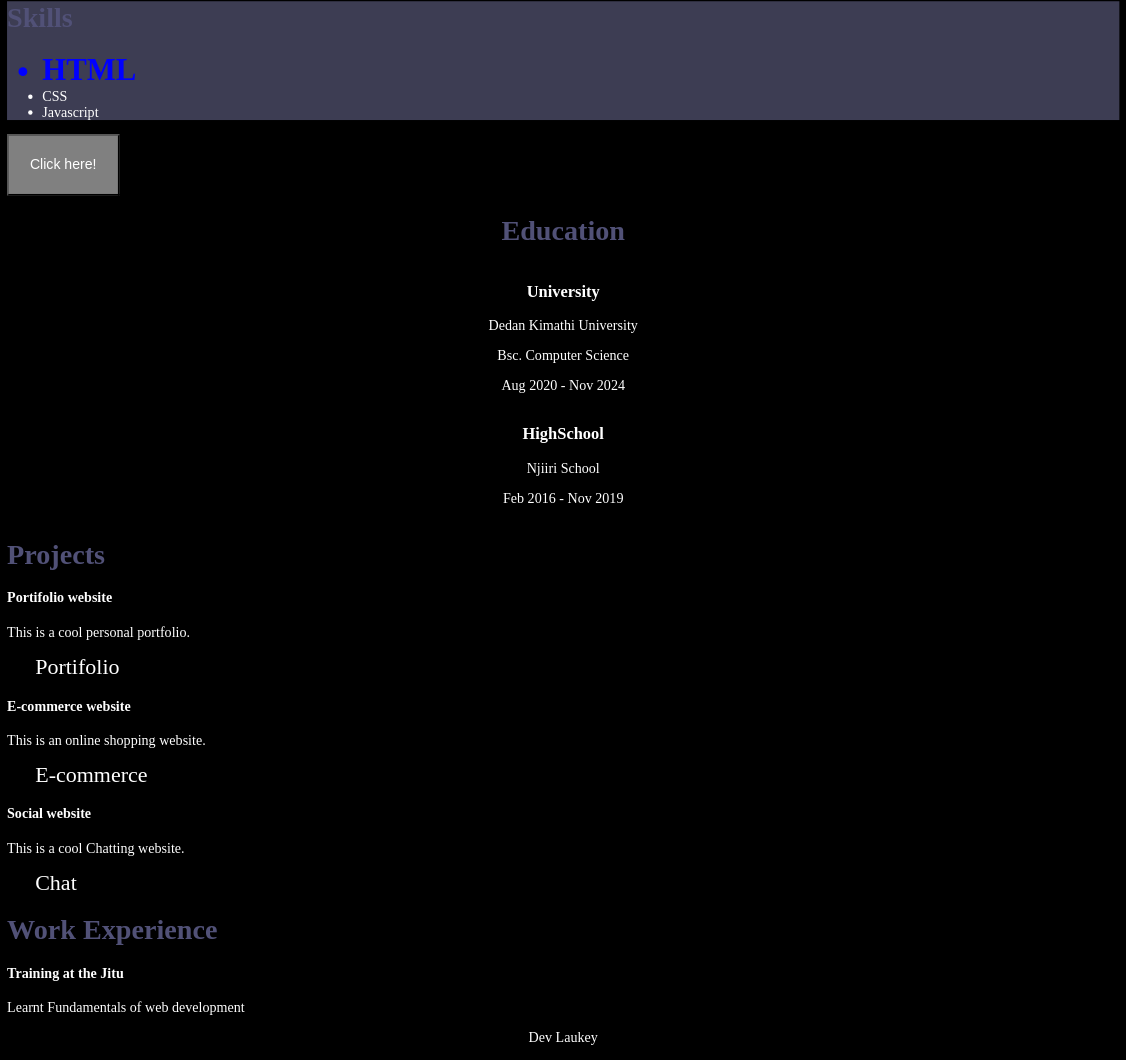
Repository: LaukeyMwaura/Jitu-Day-2
Page: index.html
The author's editor kept a copy of each file at every save. The page is drawn from the files as they stood at one save, then again after the next save.
The browser window is 1280 px wide. The pictures show the part of the page from y = 822 to 2026 px (the page is 2026 px tall), at 88% of full size.
The pointer rests on the first visible `button`.
A picture or video elsewhere on the page could not be fetched, so the positions and the page height are approximate.

Above is the page before, as saved 2022-05-11 14:48:23.

After the next save:
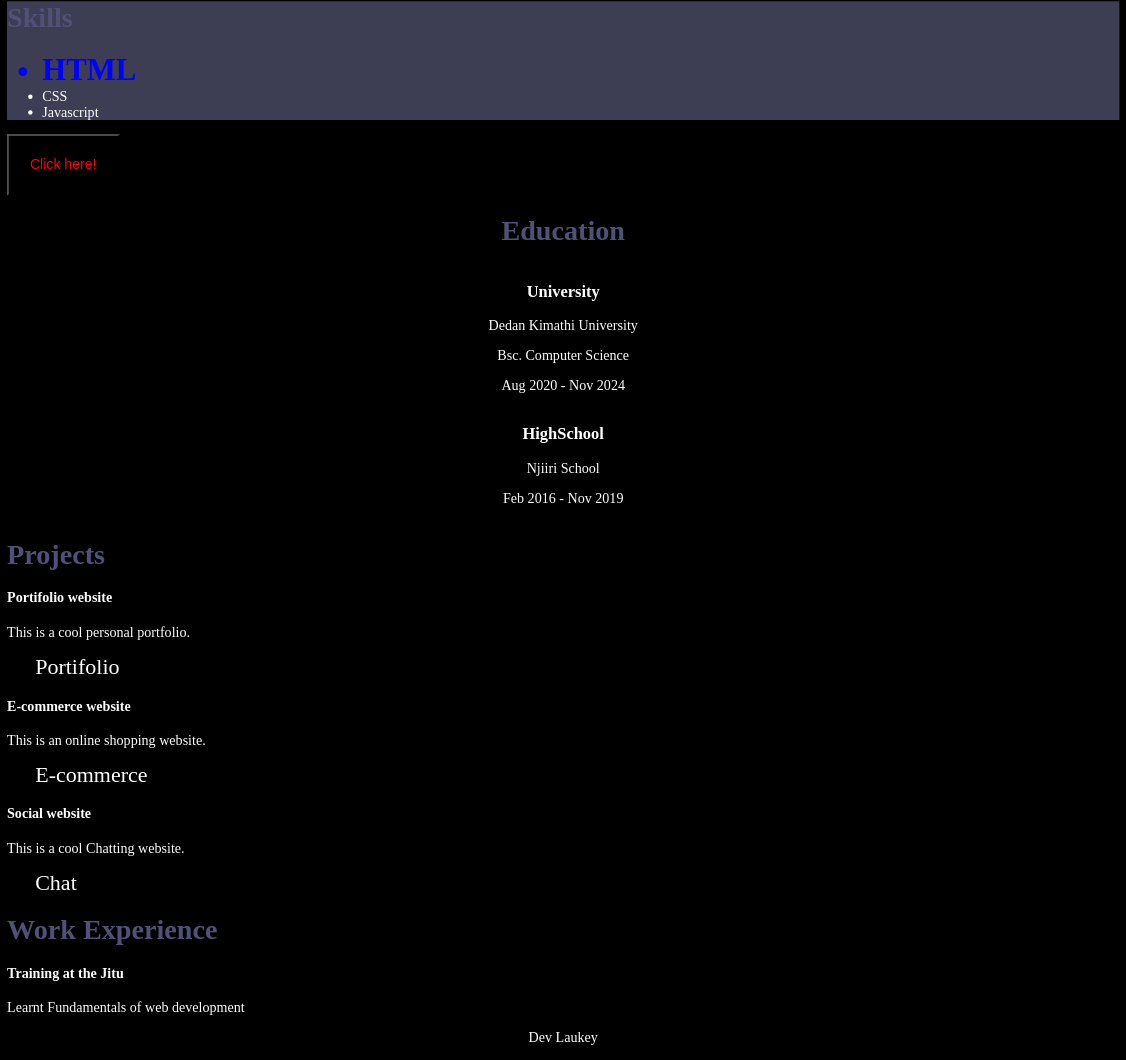
Saved 66 s later.
--- a/style.css
+++ b/style.css
@@ -33,3 +33,7 @@ button{
     padding:  1.5rem;
     font-size:1em;
 }
+button:hover{
+background-color:black;
+color: red;
+}
